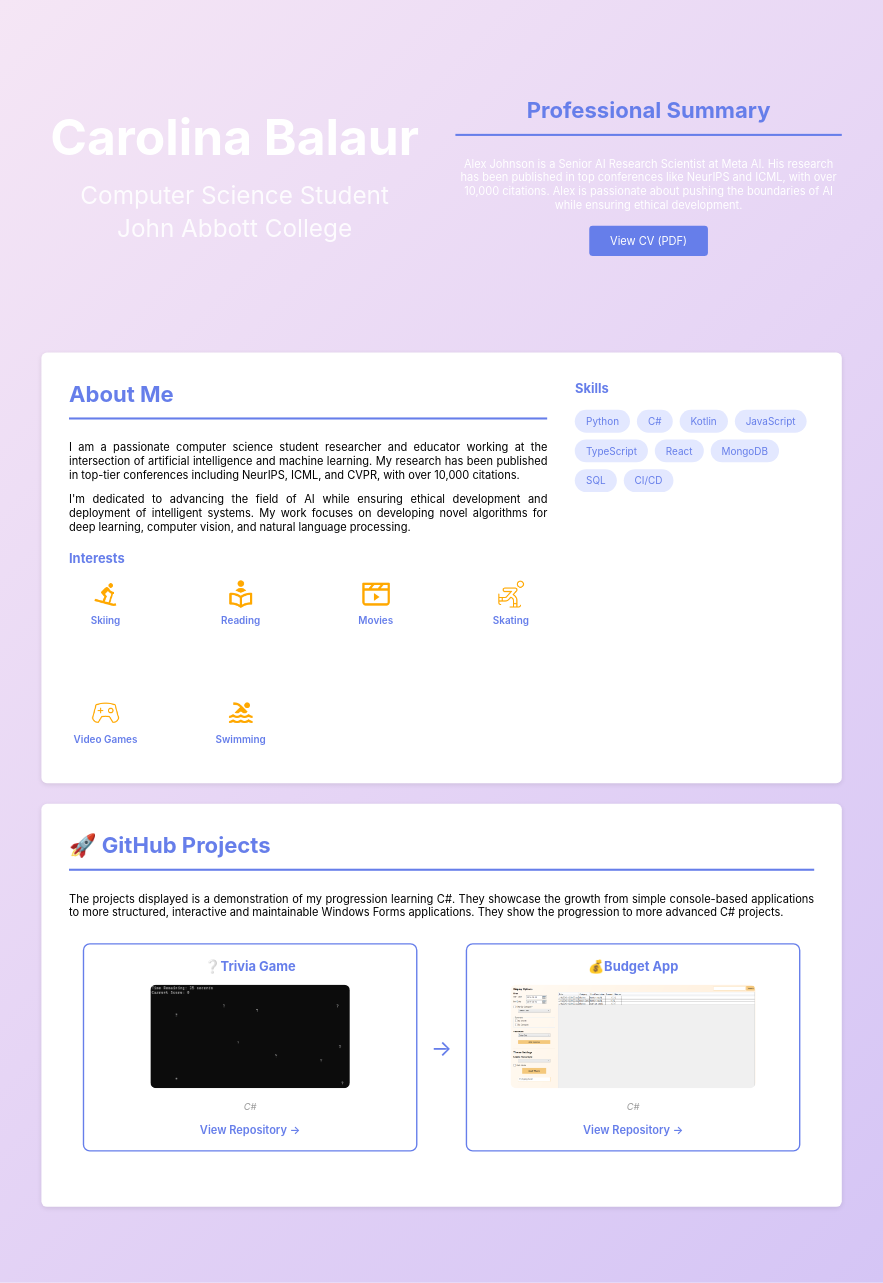
Repository: cocobalaur/portfolio
Page: index.html
The author's editor kept a copy of each file at every save. The page is drawn from the files as they stood at one save, then again after the next save.
The browser window is 1280 px wide. The pictures show the whole page, at 69% of full size.

Above is the page before, as saved 2025-12-06 23:48:21.

After the next save:
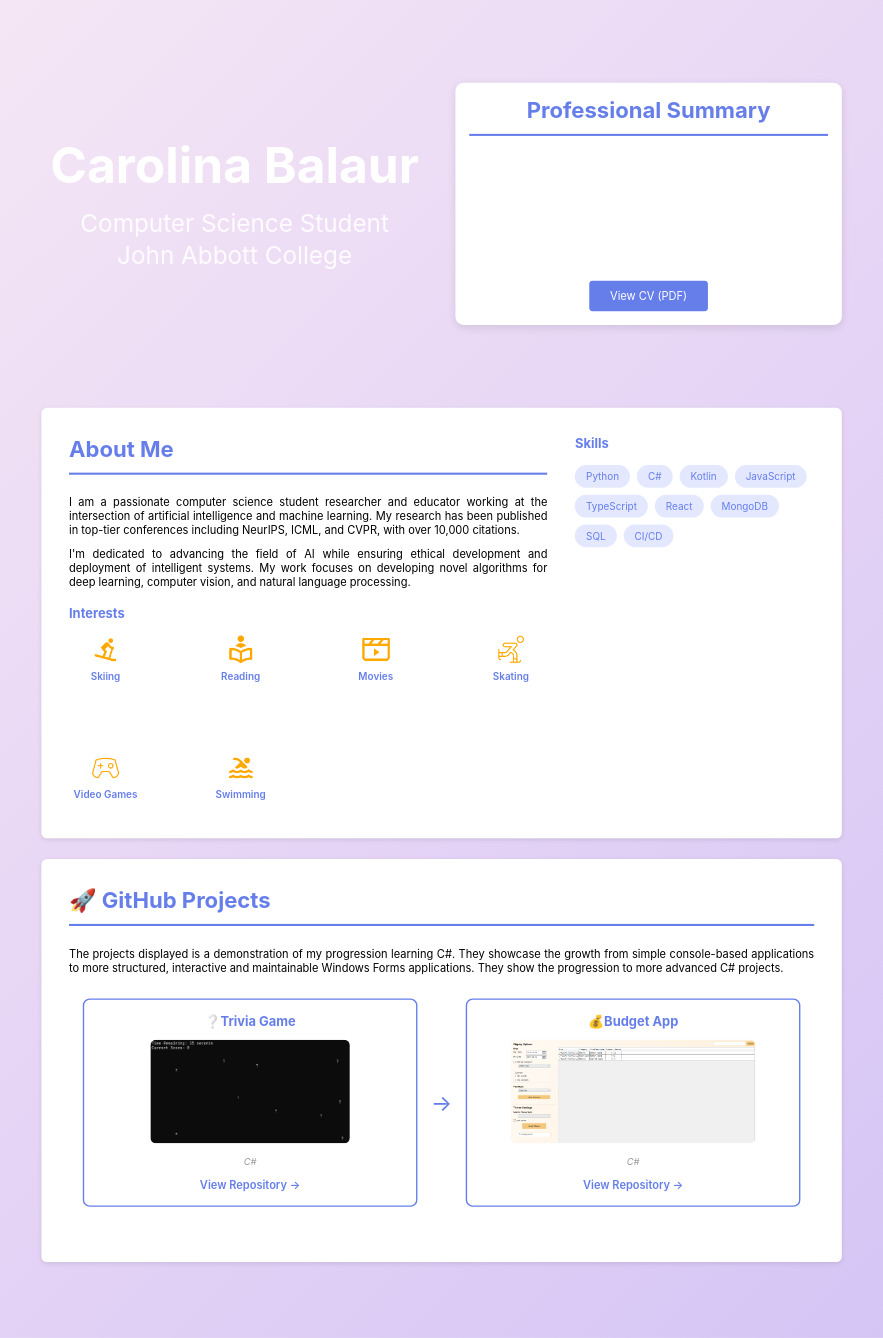
Saved 85 s later.
--- a/index.html
+++ b/index.html
@@ -20,7 +20,7 @@
                     <p class="title">John Abbott College</p>
                 </div>
 
-                <div class="sidebar">
+                <div class="header-sidebar">
 
                     <h2 class="section-title">Professional Summary</h2>
                     <p>Alex Johnson is a Senior AI Research Scientist at Meta AI. His research has been
--- a/style.css
+++ b/style.css
@@ -14,10 +14,8 @@ body {
 
 .header {
   color: white;
-  padding: 60px 20px;
-  text-align: center;
-
-
+  padding: 40px 20px;
+  text-align: center;
 }
 
 .header h1 {
@@ -83,6 +81,18 @@ nav a:hover {
   margin-bottom: 30px;
   padding-bottom: 15px;
   border-bottom: 3px solid #667eea;
+}
+
+.header-sidebar p {
+    font-size: 20px;
+    line-height: 1.6;
+}
+
+.header-sidebar {
+    background: white;
+    padding: 20px;
+    border-radius: 12px;
+    box-shadow: 0 4px 12px rgba(0,0,0,0.1);
 }
 
 .header-section {
